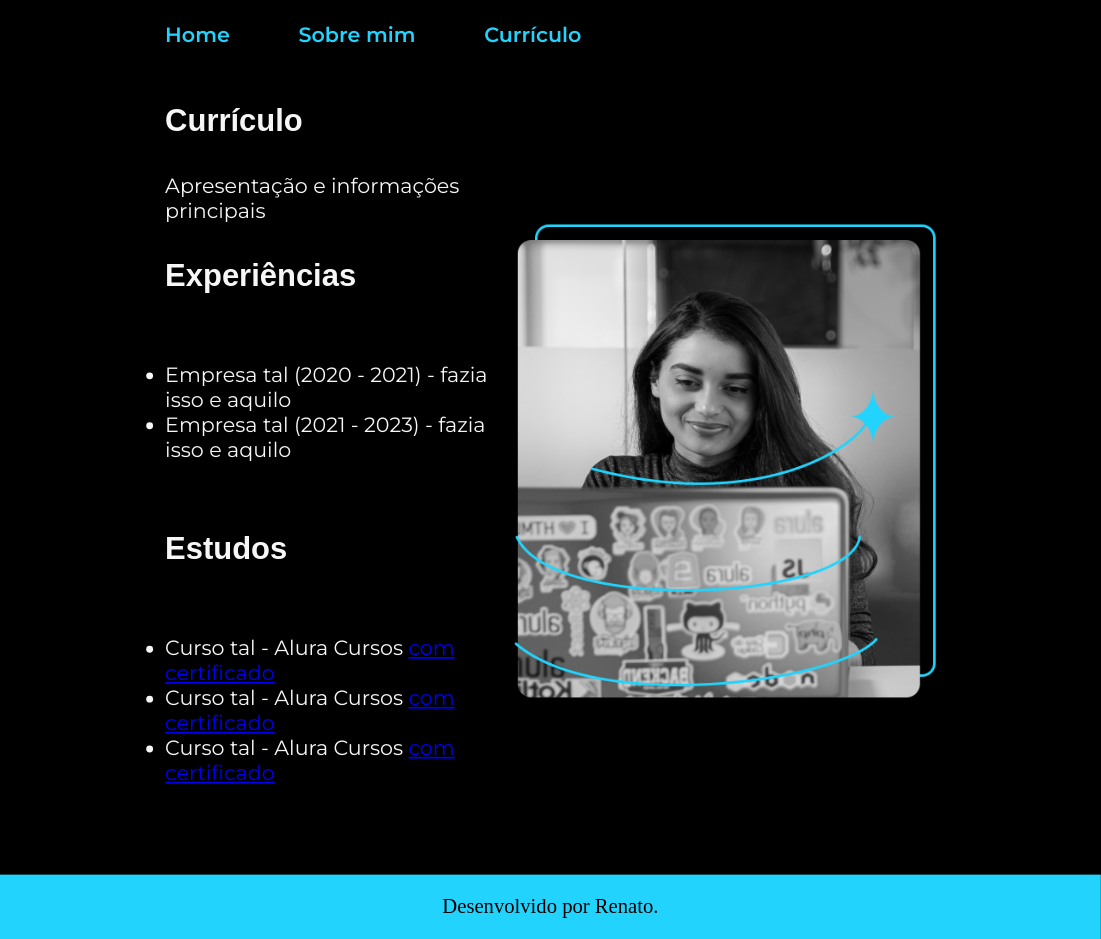
Repository: RenatoCCS/Portfolio_Alura
Page: curriculo.html
The author's editor kept a copy of each file at every save. The page is drawn from the files as they stood at one save, then again after the next save.
The browser window is 1280 px wide. The pictures show the whole page, at 86% of full size.
Some web fonts or font styles are not loaded; a fallback is used.

Above is the page before, as saved 2023-03-06 15:31:15.

After the next save:
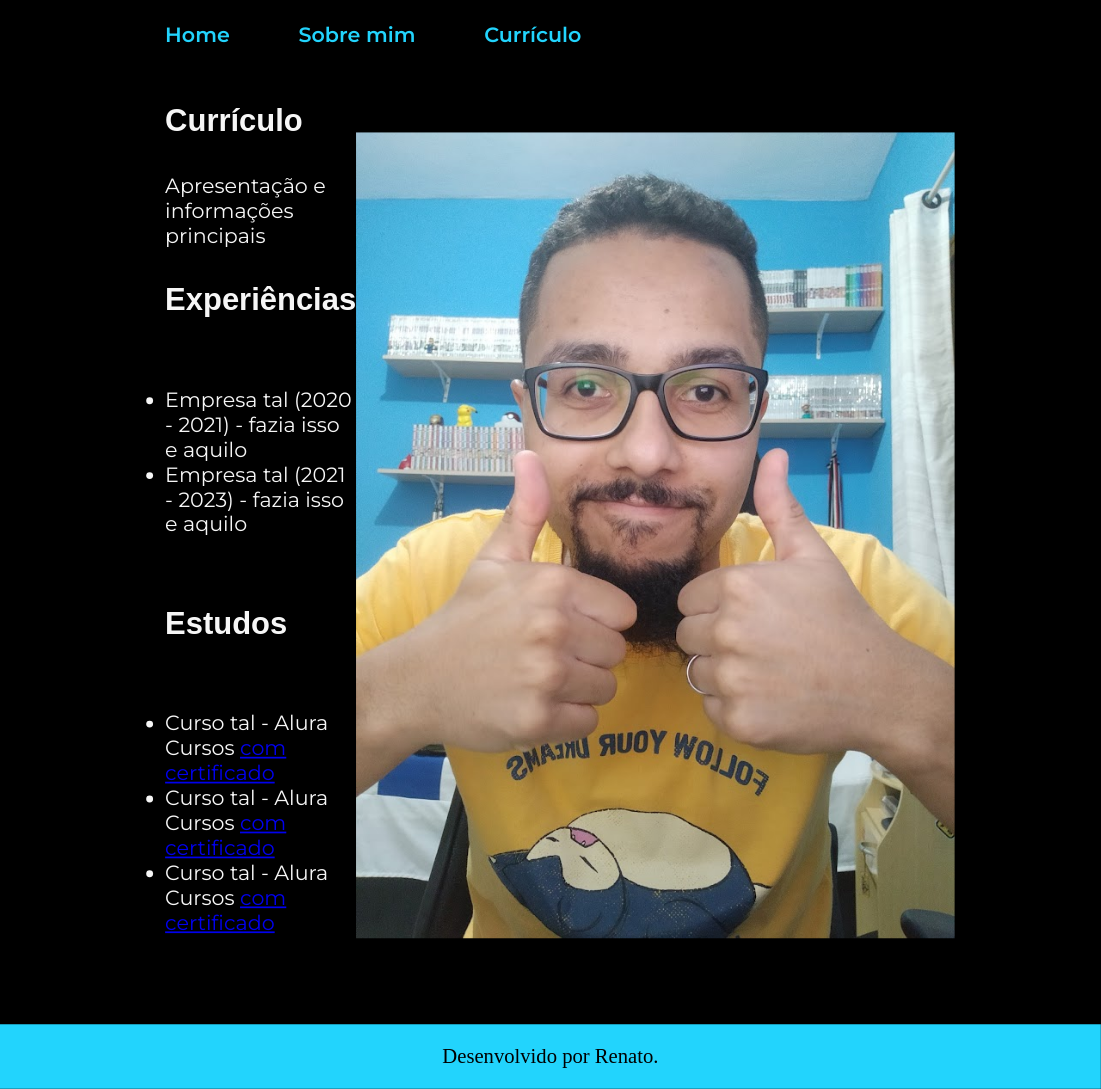
Saved 2 min 15 s later.
--- a/curriculo.html
+++ b/curriculo.html
@@ -39,7 +39,7 @@
           </ul>
           </p>
       </section>
-      <img src="./assets/imagem.png" alt="Foto da Joana Santos programando">
+      <img src="./assets/renato.jpg" alt="Foto da Joana Santos programando">
   </main>
 
     <footer class="rodape"><p>Desenvolvido por Renato.</p></footer>
